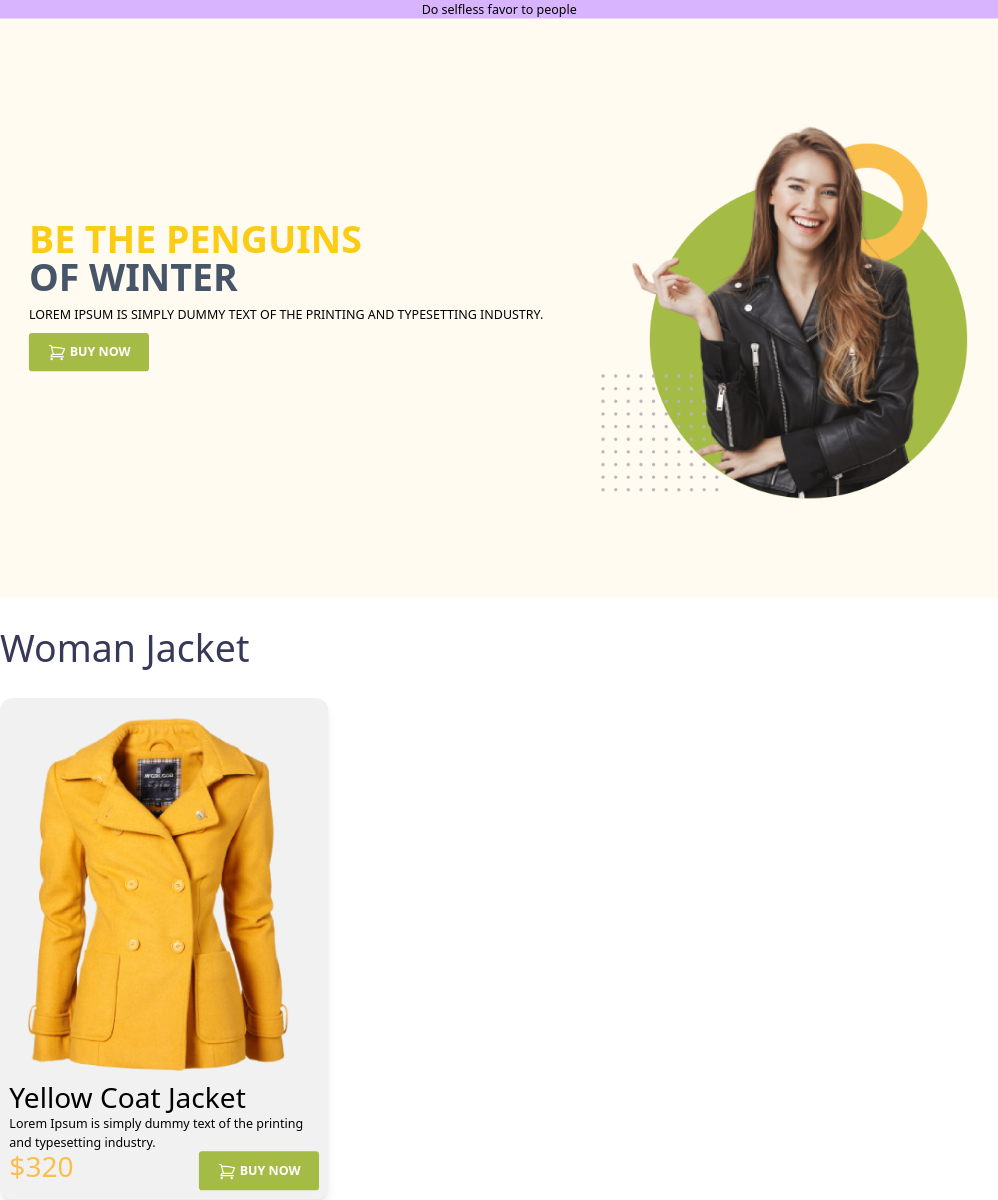
Repository: zjria/penguin-e-commerce-fashion
Page: index.html
An editor plug-in stored every save of this project. The page is shown before and after the next save, followed by the edit.
The browser window is 1280 px wide. The pictures show the whole page, at 78% of full size.
Some web libraries are served in a nearby version.

Above is the page before, as saved 2022-10-07 08:00:41.

After the next save:
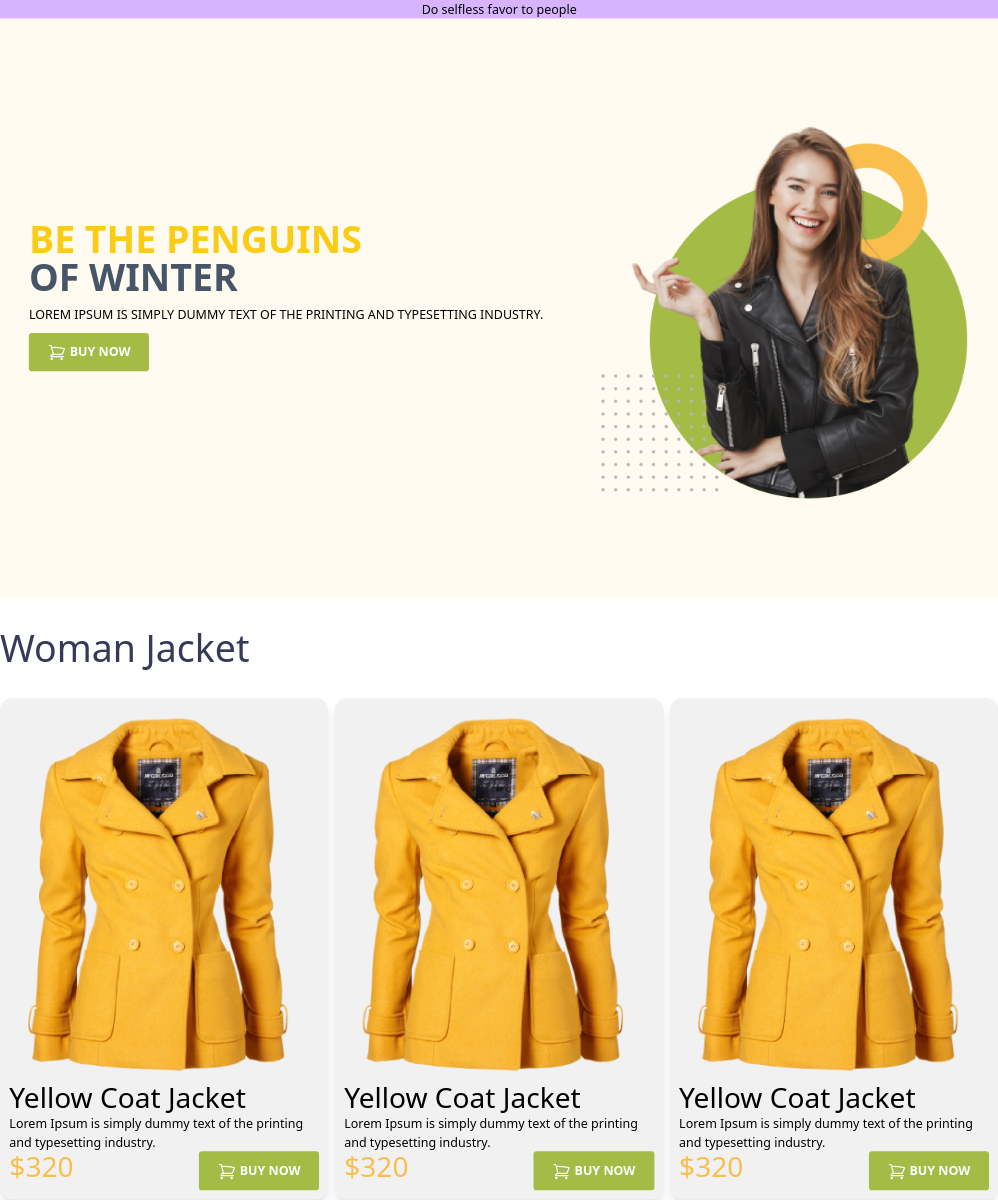
Saved 29 s later.
--- a/index.html
+++ b/index.html
@@ -86,6 +86,48 @@
                         </div>
                     </div>
                 </div>
+                <div class="full_card_bg">
+                    <div class="bg-card_bg rounded-2xl shadow-lg p-3">
+                        <div class="p-3">
+                            <img src="images/jacket-1.png" alt="">
+                        </div>
+                        <h3 class="text-4xl">Yellow Coat Jacket</h3>
+                        <p>Lorem Ipsum is simply dummy text of the
+                            printing and typesetting industry.</p>
+                        <div class="flex justify-between">
+                            <h3 class="text-4xl text-price_color">$320</h3>
+                            <button
+                                class="uppercase bg-[#A4BC46] py-3 px-6 text-white font-semibold rounded font-anther_text">
+                                <svg xmlns="http://www.w3.org/2000/svg" fill="none" viewBox="0 0 24 24"
+                                    stroke-width="1.5" stroke="currentColor" class="w-6 h-6 inline text-white">
+                                    <path stroke-linecap="round" stroke-linejoin="round"
+                                        d="M2.25 3h1.386c.51 0 .955.343 1.087.835l.383 1.437M7.5 14.25a3 3 0 00-3 3h15.75m-12.75-3h11.218c1.121-2.3 2.1-4.684 2.924-7.138a60.114 60.114 0 00-16.536-1.84M7.5 14.25L5.106 5.272M6 20.25a.75.75 0 11-1.5 0 .75.75 0 011.5 0zm12.75 0a.75.75 0 11-1.5 0 .75.75 0 011.5 0z" />
+                                </svg>
+                                Buy Now</button>
+                        </div>
+                    </div>
+                </div>
+                <div class="full_card_bg">
+                    <div class="bg-card_bg rounded-2xl shadow-lg p-3">
+                        <div class="p-3">
+                            <img src="images/jacket-1.png" alt="">
+                        </div>
+                        <h3 class="text-4xl">Yellow Coat Jacket</h3>
+                        <p>Lorem Ipsum is simply dummy text of the
+                            printing and typesetting industry.</p>
+                        <div class="flex justify-between">
+                            <h3 class="text-4xl text-price_color">$320</h3>
+                            <button
+                                class="uppercase bg-[#A4BC46] py-3 px-6 text-white font-semibold rounded font-anther_text">
+                                <svg xmlns="http://www.w3.org/2000/svg" fill="none" viewBox="0 0 24 24"
+                                    stroke-width="1.5" stroke="currentColor" class="w-6 h-6 inline text-white">
+                                    <path stroke-linecap="round" stroke-linejoin="round"
+                                        d="M2.25 3h1.386c.51 0 .955.343 1.087.835l.383 1.437M7.5 14.25a3 3 0 00-3 3h15.75m-12.75-3h11.218c1.121-2.3 2.1-4.684 2.924-7.138a60.114 60.114 0 00-16.536-1.84M7.5 14.25L5.106 5.272M6 20.25a.75.75 0 11-1.5 0 .75.75 0 011.5 0zm12.75 0a.75.75 0 11-1.5 0 .75.75 0 011.5 0z" />
+                                </svg>
+                                Buy Now</button>
+                        </div>
+                    </div>
+                </div>
 
             </div>
 
